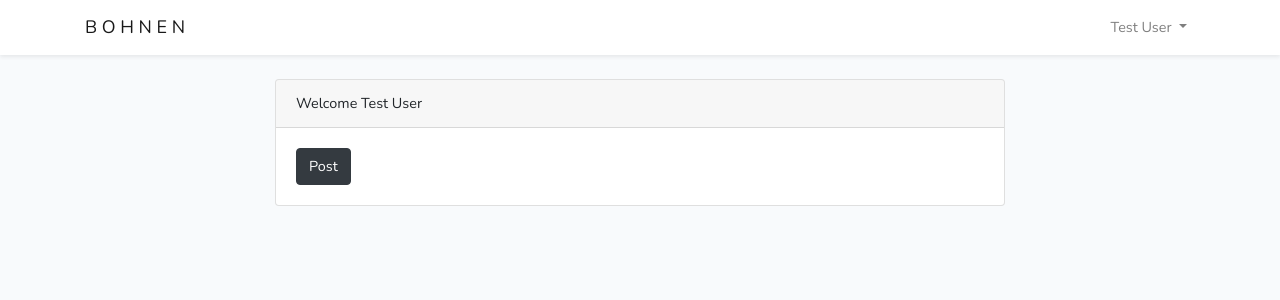
Repository: davidbohnen/BOHNEN
Page: http://localhost/home
The author's editor kept a copy of each file at every save. The page is drawn from the files as they stood at one save, then again after a run of saves.
The browser window is 1280 px wide. The pictures show the whole page.
The page is served by the project's Laravel application, run on PHP 8.4 with Laravel 8. A made-up administrator, Test User (test@example.com), is signed in.

Above is the page before, as saved 2020-05-05 21:04:24.

After the next 2 saves:
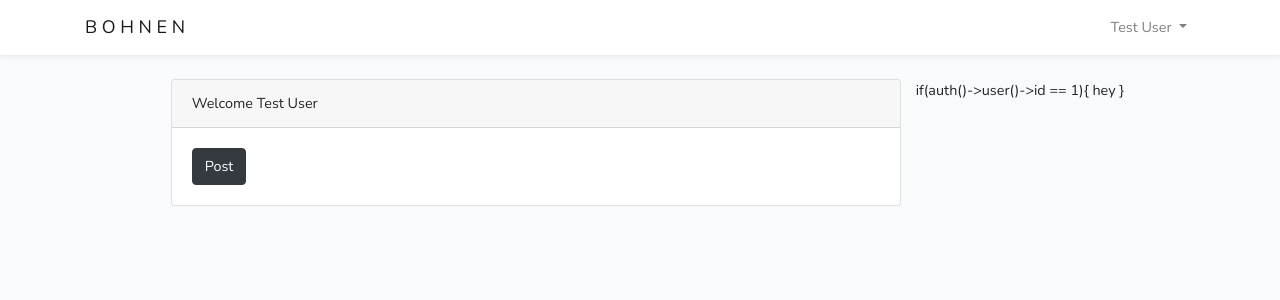
The 2 saves are shown as one change because they came seconds apart.
The last was saved 9 min 0 s later.
--- a/resources/views/home.blade.php
+++ b/resources/views/home.blade.php
@@ -20,6 +20,10 @@
             </div>
         </div>
 
+        if(auth()->user()->id == 1){
+            hey
+        }
+
 
     </div>
 </div>
